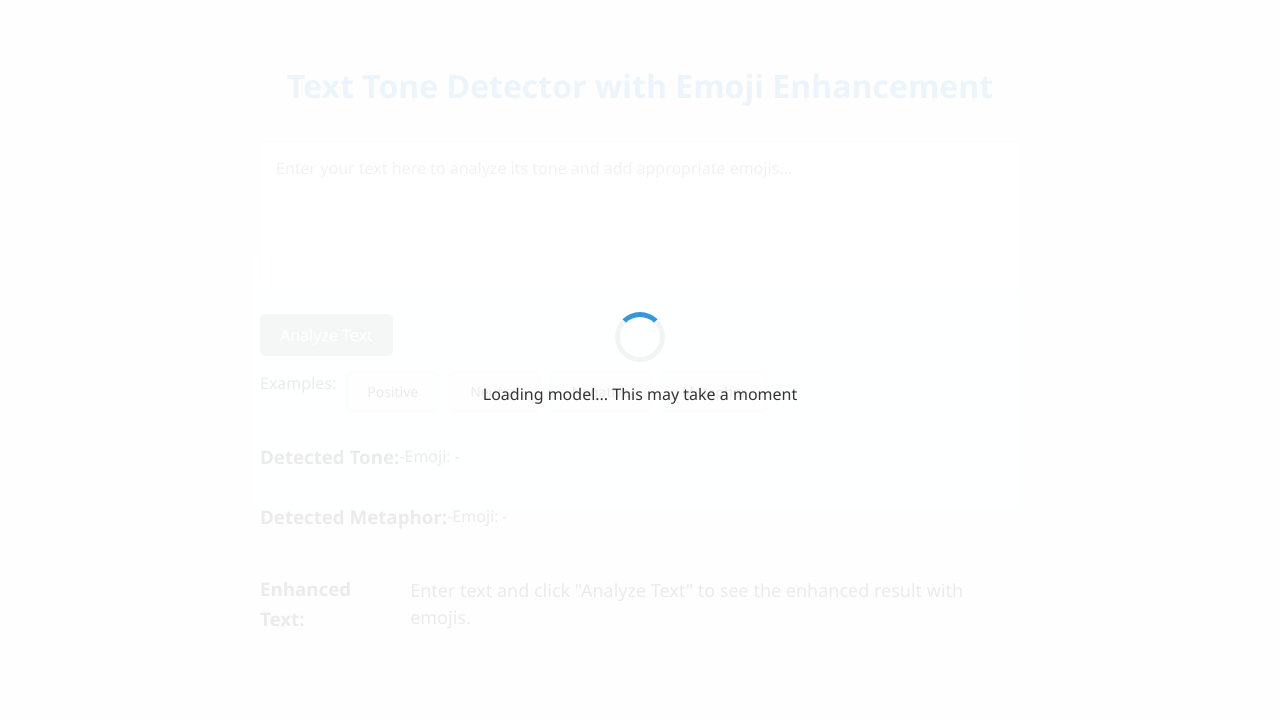
Repository: Teycir/emojiadder
Page: index.html
An editor plug-in stored every save of this project. The page is shown before and after the next save, followed by the edit.
The browser window is 1280 px wide. The pictures show the window.
A layer covers the whole window, so only the first screen is drawn.

Above is the page before, as saved 2025-03-22 17:37:01.

After the next save:
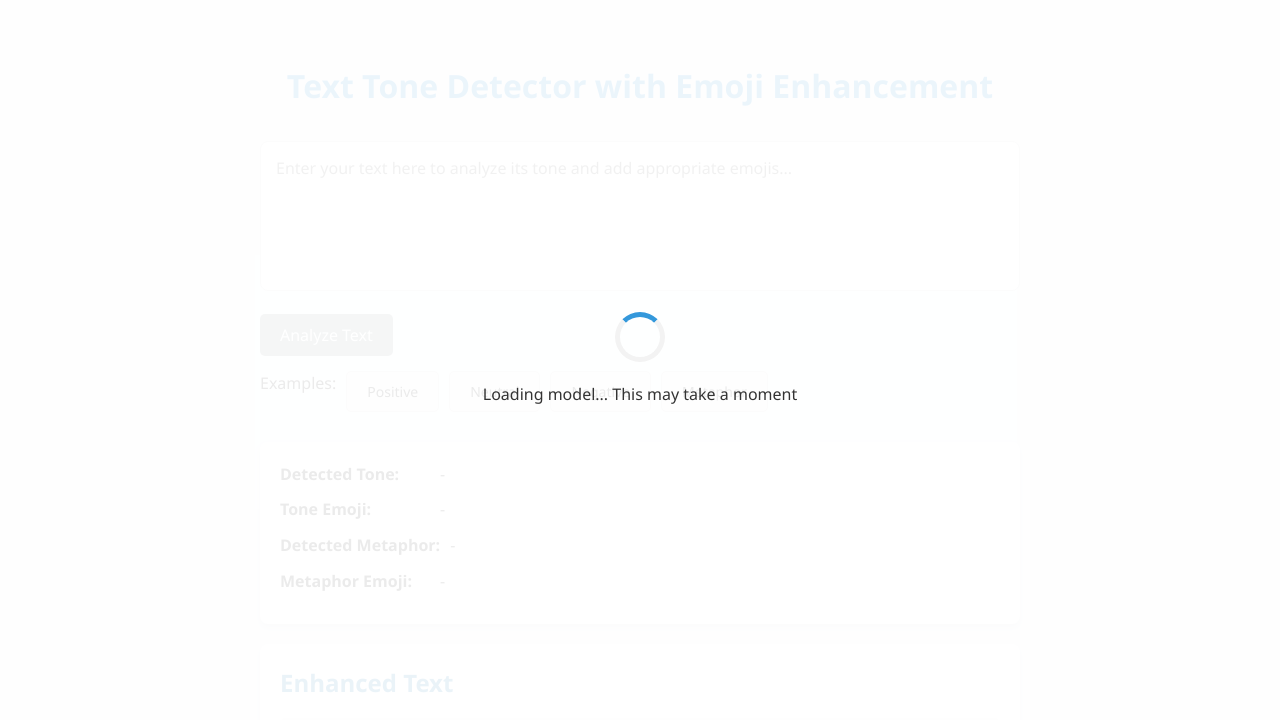
Saved 2 min 38 s later.
--- a/index.html
+++ b/index.html
@@ -24,19 +24,27 @@
         </div>
 
         <div class="result-section">
-            <div class="result-item">
-                <h3>Detected Tone:</h3>
-                <p id="tone-result">-</p>
-                <p>Emoji: <span id="tone-emoji">-</span></p>
+            <div class="result-card">
+                <div class="result-item">
+                    <div class="label">Detected Tone:</div>
+                    <div id="tone-result" class="value">-</div>
+                </div>
+                <div class="result-item">
+                    <div class="label">Tone Emoji:</div>
+                    <div id="tone-emoji" class="value">-</div>
+                </div>
+                <div class="result-item">
+                    <div class="label">Detected Metaphor:</div>
+                    <div id="metaphor-result" class="value">-</div>
+                </div>
+                <div class="result-item">
+                    <div class="label">Metaphor Emoji:</div>
+                    <div id="metaphor-emoji" class="value">-</div>
+                </div>
             </div>
-            <div class="result-item">
-                <h3>Detected Metaphor:</h3>
-                <p id="metaphor-result">-</p>
-                <p>Emoji: <span id="metaphor-emoji">-</span></p>
-            </div>
-            <div class="result-item enhanced">
-                <h3>Enhanced Text:</h3>
-                <p id="enhanced-text-result">-</p>
+            <div class="enhanced-text-card">
+                <h2>Enhanced Text</h2>
+                <div id="enhanced-text-result">-</div>
             </div>
         </div>
 
